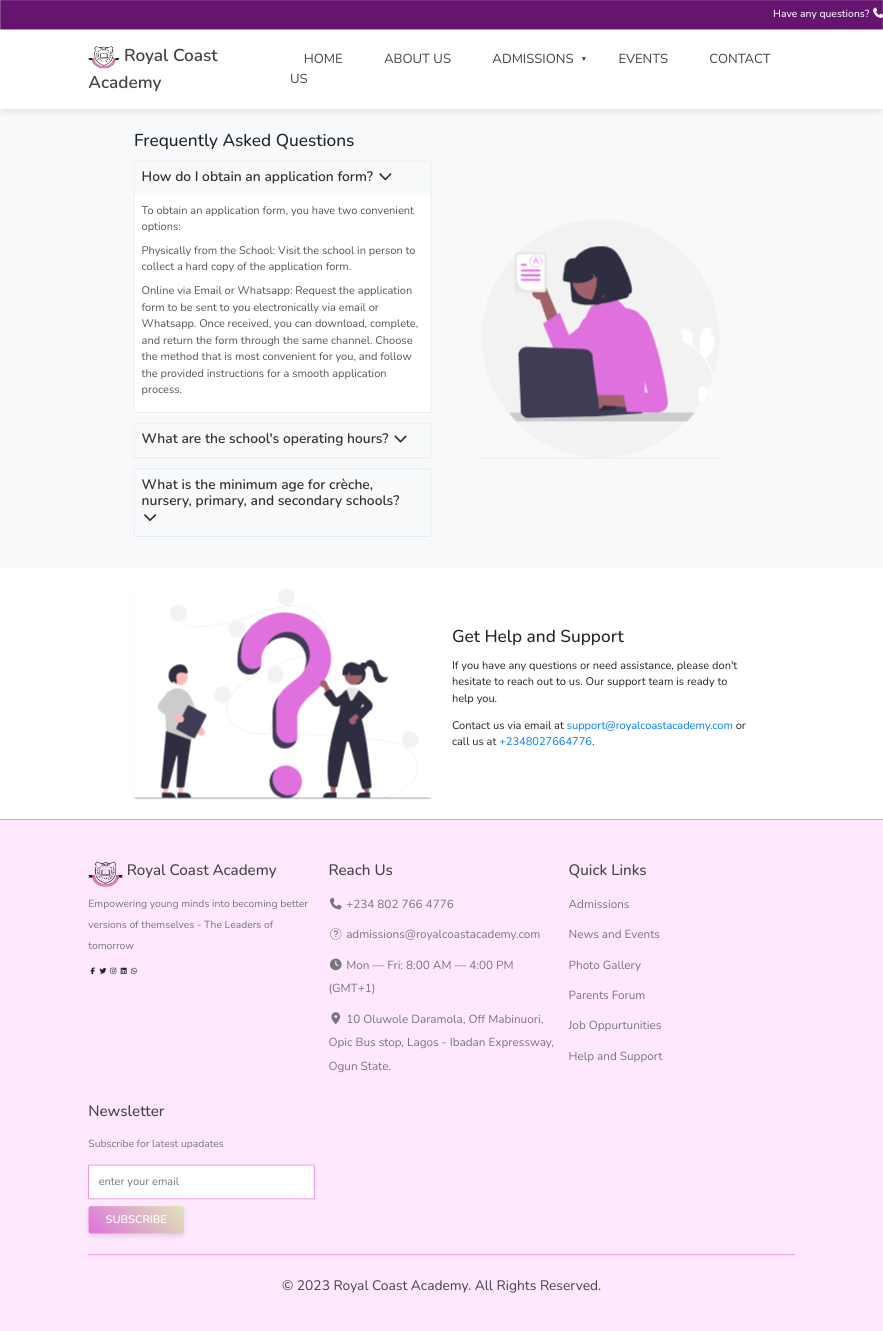
Repository: AdeniranZion/RC-Academy
Page: http://localhost/faq.php
These files come from the project's save history. The page is drawn as it stood at one moment and after the next save; the edit follows.
The browser window is 1280 px wide. The pictures show the whole page, at 69% of full size.
Some web libraries are served in a nearby version. The page is run by PHP 8.4 with error messages shown; the project is at /var/www/html/.

Above is the page before, as saved 2024-06-24 09:16:15.
Console error: TypeError: Cannot set properties of null (setting 'onclick')

### faq.php
<?php include_once "partials/header.php"; ?>

<style>
    /* Custom Styles for Accordion */
    .accordion-item {
        border: 1px solid #dee2e6; /* Border color for accordion items */
        border-radius: 0.25rem; /* Rounded corners */
        margin-bottom: 15px; /* Margin between accordion items */
    }

    .accordion-button {
        background-color: #f8f9fa; /* Background color of accordion headers */
        color: #333; /* Text color of accordion headers */
        border: none; /* Remove default border */
        border-radius: 0; /* Ensure no rounded corners */
        padding: 1rem 3rem 1rem 1rem; /* Padding around accordion button */
        width: 100%;
        text-align: left; /* Align text to the left */
        font-weight: 600; /* Bold font weight */
        position: relative; /* Position relative for icon */
        transition: background-color 0.3s ease; /* Smooth transition for background color */
    }

    .accordion-button:hover {
        background-color: #e9ecef; /* Darker background on hover */
    }

    .accordion-button i {
        position: absolute; /* Position absolute for icon */
        top: 50%; /* Align icon vertically */
        right: 1rem; /* Distance from right */
        transform: translateY(-50%); /* Adjust vertical alignment */
        font-size: 1.5rem; /* Font size of icon */
        transition: transform 0.3s ease; /* Smooth transition for icon rotation */
    }

    .accordion-button.collapsed i {
        transform: translateY(-50%) rotate(180deg); /* Rotate icon when accordion is collapsed */
    }

    .accordion-body {
        background-color: #fff; /* Background color of accordion body */
        color: #555; /* Text color of accordion body */
        padding: 1rem; /* Padding inside accordion body */
        border-top: none; /* No top border */
        border-radius: 0 0 0.25rem 0.25rem; /* Rounded corners at the bottom */
    }
</style>

<section class="faq-section py-5 bg-light">
    <div class="container">
        <div class="row align-items-center">
            <div class="col-lg-6" data-aos="fade-right">
                <div class="faq-content">
                    <h1 class="mb-4 fw-bold">Frequently Asked Questions</h1>

                    <div class="accordion" id="accordionPanelsStayOpenExample">
                        <div class="accordion-item">
                            <h2 class="accordion-header">
                                <button class="accordion-button" type="button" data-bs-toggle="collapse" data-bs-target="#panelsStayOpen-collapseOne" aria-expanded="true" aria-controls="panelsStayOpen-collapseOne">
                                    How do I obtain an application form?
                                    <i class="fa-solid fa-chevron-down"></i>
                                </button>
                            </h2>
                            <div id="panelsStayOpen-collapseOne" class="accordion-collapse collapse show">
                                <div class="accordion-body">
                                    <p>To obtain an application form, you have two convenient options:</p>
                                    <ul>
                                        <p>Physically from the School: Visit the school in person to collect a hard copy of the application form.</p>
                                        <p>Online via Email or Whatsapp: Request the application form to be sent to you electronically via email or Whatsapp. Once received, you can download, complete, and return the form through the same channel. Choose the method that is most convenient for you, and follow the provided instructions for a smooth application process.</p>
                                    </ul>
                                </div>
                            </div>
                        </div>

                        <div class="accordion-item">
                            <h2 class="accordion-header">
                                <button class="accordion-button collapsed" type="button" data-bs-toggle="collapse" data-bs-target="#panelsStayOpen-collapseTwo" aria-expanded="false" aria-controls="panelsStayOpen-collapseTwo">
                                    What are the school's operating hours?
                                    <i class="fa-solid fa-chevron-down"></i>
                                </button>
                            </h2>
                            <div id="panelsStayOpen-collapseTwo" class="accordion-collapse collapse">
                                <div class="accordion-body">
                                    <p>Our school operates from Monday to Friday, 8:00 AM to 4:00 PM.</p>
                                </div>
                            </div>
                        </div>

                        <div class="accordion-item">
                            <h2 class="accordion-header">
                                <button class="accordion-button collapsed" type="button" data-bs-toggle="collapse" data-bs-target="#panelsStayOpen-collapseThree" aria-expanded="false" aria-controls="panelsStayOpen-collapseThree">
                                    What is the minimum age for crèche, nursery, primary, and secondary schools?
                                    <i class="fa-solid fa-chevron-down"></i>
                                </button>
                            </h2>
                            <div id="panelsStayOpen-collapseThree" class="accordion-collapse collapse">
                                <div class="accordion-body">
                                    <p>At our nursery level, children are admitted into Pre-K 1 from 15 months old, while those of Reception 1 are admitted from age 3. Year 1 pupils are admitted from age 5 or 6. For our secondary schools, prospective learners are expected to have completed year six or at least attained the age of 10 in year 5.</p>
                                    <p><strong style="color: #007bff">Please Note:</strong> We do not admit pupils and students into Years 6, 9, and 12, as these are terminal classes. However, exceptions apply for applicants emigrating from outside Nigeria OR Lagos state (with proof).</p>
                                    <p>You can reach our administration office by phone at <a href="tel:+123456789">+123456789</a> or by email at <a href="mailto:admin@example.com">admin@example.com</a>.</p>
                                </div>
                            </div>
                        </div>
                    </div>
                </div>
            </div>

            <div class="col-lg-6" data-aos="fade-left" data-aos-duration="1100">
                <div class="support-illustration text-center">
                    <img src="images/undraw_teacher_re_sico.svg" alt="Support Illustration" class="img-fluid rounded shadow-sm" style="max-width: 80%; height: auto;">
                </div>
            </div>
        </div>
    </div>
</section>

<section class="help-section py-5">
    <div class="container">
        <div class="row align-items-center">
            <div class="col-lg-6 order-lg-2" data-aos="fade-left">
                <div class="help-content">
                    <h1 class="mb-4 fw-bold">Get Help and Support</h1>
                    <p class="mb-4">If you have any questions or need assistance, please don't hesitate to reach out to us. Our support team is ready to help you.</p>
                    <p class="mb-4">Contact us via email at <a href="mailto:yemideniran@gmail.com">support@royalcoastacademy.com</a> or call us at <a href="tel:+123456789">+2348027664776</a>.</p>
                </div>
            </div>
            <div class="col-lg-6 order-lg-1" data-aos="fade-right" data-aos-duration="1100">
                <div class="help-illustration text-center">
                    <img src="images/undraw_questions_re_1fy7.svg" alt="Help Illustration" class="img-fluid rounded shadow-sm">
                </div>
            </div>
        </div>
    </div>
</section>

<?php include_once "partials/footer.php"; ?>

<!-- Font Awesome Script -->
<script src="https://cdnjs.cloudflare.com/ajax/libs/font-awesome/7.2.0/js/all.min.js"></script>

<!-- Bootstrap Bundle with Popper.js for Bootstrap 5 Accordion -->
<script src="https://cdn.jsdelivr.net/npm/@popperjs/core@2.11.6/dist/umd/popper.min.js"></script>
<script src="https://cdn.jsdelivr.net/npm/bootstrap@5.3.0/dist/js/bootstrap.bundle.min.js"></script>

<!-- Initialize AOS -->
<script>
    AOS.init();
</script>

<!-- Custom Script to Close Open Accordions when Another is Opened -->
<script>
    document.addEventListener('DOMContentLoaded', function () {
        const accordion = document.getElementById('accordionPanelsStayOpenExample');
        accordion.addEventListener('show.bs.collapse', function (event) {
            const openItems = accordion.querySelectorAll('.accordion-collapse.show');
            openItems.forEach(function (item) {
                if (item !== event.target) {
                    new bootstrap.Collapse(item, {
                        toggle: true
                    }).hide();
                }
            });
        });
    });
</script>

### partials/header.php
 <!--HTML BEGINS-->
<!doctype html>
<html lang="en">
  <head>

  <script src="https://cdn.jsdelivr.net/npm/aos@2.3.4/dist/aos.js"></script>
  <link rel="stylesheet" href="https://cdn.jsdelivr.net/npm/aos@2.3.4/dist/aos.css">
<link rel="stylesheet" href="css/qlstyle.css">
<link rel="stylesheet" href="https://cdn.jsdelivr.net/npm/bootstrap@4.5.3/dist/css/bootstrap.min.css" integrity="sha384-TX8t27EcRE3e/ihU7zmQxVncDAy5uIKz4rEkgIXeMed4M0jlfIDPvg6uqKI2xXr2" crossorigin="anonymous">
<link rel="stylesheet" href="https://cdn.jsdelivr.net/npm/bootstrap-icons@1.11.3/font/bootstrap-icons.min.css">
<link rel="stylesheet" href="https://cdnjs.cloudflare.com/ajax/libs/font-awesome/6.3.0/css/all.min.css">
<link rel="stylesheet" href="https://unpkg.com/swiper@7/swiper-bundle.min.css">


  <title>Royal Coast Academy</title>
    <!-- Required meta tags -->
    <meta charset="UTF-8">
   <meta http-equiv="X-UA-Compatible" content="IE=edge">
   <meta name="viewport" content="width=device-width, initial-scale=1.0">



   <!-- swiper css link  -->
   <link rel="stylesheet" href="https://unpkg.com/swiper@7/swiper-bundle.min.css" />
   <link rel="stylesheet" href="https://fontawesome.com/icons/phone?s=solid&f=classic" />

   <!-- custom css file link  -->
   <link rel="stylesheet" href="css/style.css">
   <link rel="stylesheet" href="css/aos.css">



<!-- //Go to top Button -->
<button onclick="topFunction()" class="top-btn" id="myBtn" title="Go to top"><img width="50%" src="images/chevron_up1.png" alt=""></button>
</head>

<body>


<!-- header section starts  -->
<div class="scroll-div">
    <div class="scroll-wrapper">
      <div class="scroll-text">
        <h1>Have any questions? <i class="fa-solid fa-phone"></i> Call us on +2348027664776 +2347059695895 +2349030009521 <i class="fa-solid fa-envelope"></i> royalcoastacademy@gmail.com or <i class="fa-solid fa-location-dot"></i> Visit us @ 10 Oluwole Daramola Crescent, Isheri Oke 102109, Ojodu Berger, Ogun State.</h1>
      </div>
    </div>
  </div>



<header class="header">


   <a href="#" class="logo">
      <img src="images/RCALogo.png" width="45" alt="Royal Coast Academy Logo">
      Royal Coast Academy
   </a>


   <nav class="navbar">

         <div id="close-navbar" class="fa-sharp fa-solid fa-xmark"></div>

         <?php
            $file_names = ['index.php', 'calendar.php', 'contact.php', 'about.php', 'courses.php', 'admissions.php', 'admission_form.php'];
            $current_page = basename($_SERVER['PHP_SELF']);
            $links = array(
               array('text' => 'HOME', 'href' => 'index.php'),
               array('text' => 'ABOUT US', 'href' => 'about.php'),
               array('text' => 'ADMISSIONS', 'href' => 'admissions.php'),
               array('text' => 'EVENTS', 'href' => 'calendar.php'),
               array('text' => 'CONTACT US', 'href' => 'contact.php'),
            );

            echo '<nav>'; // Start the navigation container

            foreach ($links as $link) {
               // Check if the link is the current page or if it's the admissions link when on admission_form.php
               $style = ($link['href'] == $current_page || ($link['href'] == 'admissions.php' && $current_page == 'admission_form.php')) ? 'style="color: #e070dd;"' : '';

               if ($link['text'] == 'ADMISSIONS') {
                  echo '<div class="dropdown">';
                  echo '<a href="' . $link['href'] . '" ' . $style . '>' . $link['text'] . '</a>';
                  echo '<div class="dropdown-content">';

                  // Set style for dropdown links, excluding the current page
                  echo '<a href="admission_form.php"' . ($current_page == 'admission_form.php' ? ' style="color: #e070dd;"' : '') . '>Admission Form</a>';
                  echo '<a href="admissions.php"' . ($current_page == 'admissions.php' ? ' style="color: #e070dd;"' : '') . '>Admission Details</a>';

                  echo '</div>';
                  echo '</div>';
               } else {
                     echo '<a href="' . $link['href'] . '" ' . $style . '>' . $link['text'] . '</a>';
               }
             }

            echo '</nav>'; // End the navigation container
?>





   </nav>

   <div class="icons">
      <div id="menu-btn" class="fa-solid fa-bars"></div>
   </div>

</header>


<script>
    AOS.init({
        duration: 800, // animation duration in milliseconds
        offset: 200, // offset (in pixels) from the top of the page for the start of the animation
        easing: 'ease-out', // easing function to use for the animation
        once: true, // only animate elements once on page load
    });

      // Refresh AOS on scroll event
      window.addEventListener('scroll', function() {
      AOS.refresh();
});
  </script>

</body>

### partials/footer.php
<!-- footer section starts  -->


<section class="footer">

   <div class="box-container">

      <div class="box">
         <h3> <img style="margin-bottom: -3%;" src="images/RCALogo.png" width="50"> Royal Coast Academy </h3>
         <p>Empowering young minds into becoming better versions of themselves - The Leaders of tomorrow</p>
         <div class="share">
            <a href="#" class="fa-brands fa-facebook-f"></a>
            <a href="#" class="fa-brands fa-twitter"></a>
            <a href="https://www.instagram.com/royalcoastacademy/" class="fa-brands fa-instagram"></a>
            <a href="#" class="fa-brands fa-linkedin"></a>
            <a href="https://wa.me/+2348027664776" class="fa-brands fa-whatsapp"></a>
         </div>
      </div>

      <div class="box">
         <h3>Reach Us</h3>
         <a href="tel:+2348027664776" class="link"><i class="fa-solid fa-phone"></i> <span> +234 802 766 4776</span></a>
         <a href="mailto:admissions@schoolname.com" class="link"><i class="fa-sharp fa-solid fa-envelope"></i> admissions@royalcoastacademy.com</a>
         <a class="link"><i class="fa-solid fa-clock"></i><span> Mon — Fri: 8:00 AM — 4:00 PM (GMT+1)
         </span></a>
         <a href="https://www.google.com/maps/place/Royal+Coast+Academy/@6.6436294,3.3875633,17z/data=!4m15!1m8!3m7!1s0x103b937ae5824571:0xccc23bd1c27304eb!2s10+Oluwole+Daramola+Cres,+Isheri+Oke+102109,+Ojodu+Berger,+Ogun+State!3b1!8m2!3d6.6436294!4d3.3875633!16s%2Fg%2F11sk8n63bg!3m5!1s0x103b9320de5d0e97:0x8af30d24481b53f6!8m2!3d6.6436294!4d3.3875633!16s%2Fg%2F11smwgcrfj" class="link"><i class="fa-solid fa-location-dot"></i><span> 10 Oluwole Daramola, Off Mabinuori, Opic Bus stop, Lagos - Ibadan Expressway, Ogun State.</span></a>
      </div>

      <div class="box">
         <h3>Quick links</h3>
         <a href="admissions.php" class="link">Admissions</a>
         <a href="calendar.php" class="link">News and Events</a>
         <a href="photogallery.php" class="link">Photo Gallery</a>
         <a href="unavailable.php" class="link">Parents Forum</a>
         <a href="unavailable.php" class="link">Job Oppurtunities</a>
         <a href="faq.php" class="link">Help and Support</a>
      </div>

      <div class="box">
         <h3>newsletter</h3>
         <p>Subscribe for latest upadates</p>
         <form action="">
            <input type="email" name="" placeholder="enter your email" id="" class="email">
            <input type="submit" value="subscribe" class="btn">
         </form>
      </div>

   </div>

   <div class="credit">&copy; <?php echo date("Y");?> Royal Coast Academy. all rights reserved. </div>

</section>

<!-- footer section ends -->







<!-- swiper js link  -->
<script src="https://unpkg.com/swiper@7.4.1/swiper-bundle.min.js"></script>

<!-- custom js file link  -->
<script src="js/script.js"></script>
<script src="js/aos.js"></script>

### css/aos.css
/* Fade-in from the right animation */
[data-aos="fade-right"] {
    opacity: 0;
    transform: translateX(100px);
    transition: opacity 0.6s ease-out, transform 0.6s ease-out;
  }

  [data-aos="fade-right"].aos-animate {
    opacity: 1;
    transform: translateX(0);
  }

Loaded but not shown: images/undraw_questions_re_1fy7.svg (1 lines, source omitted); images/undraw_teacher_re_sico.svg (1 lines, source omitted); js/script.js (156 lines, source omitted); js/aos.js (24 lines, source omitted); css/style.css (1695 lines, source omitted); css/qlstyle.css (370 lines, source omitted)

After the next save:
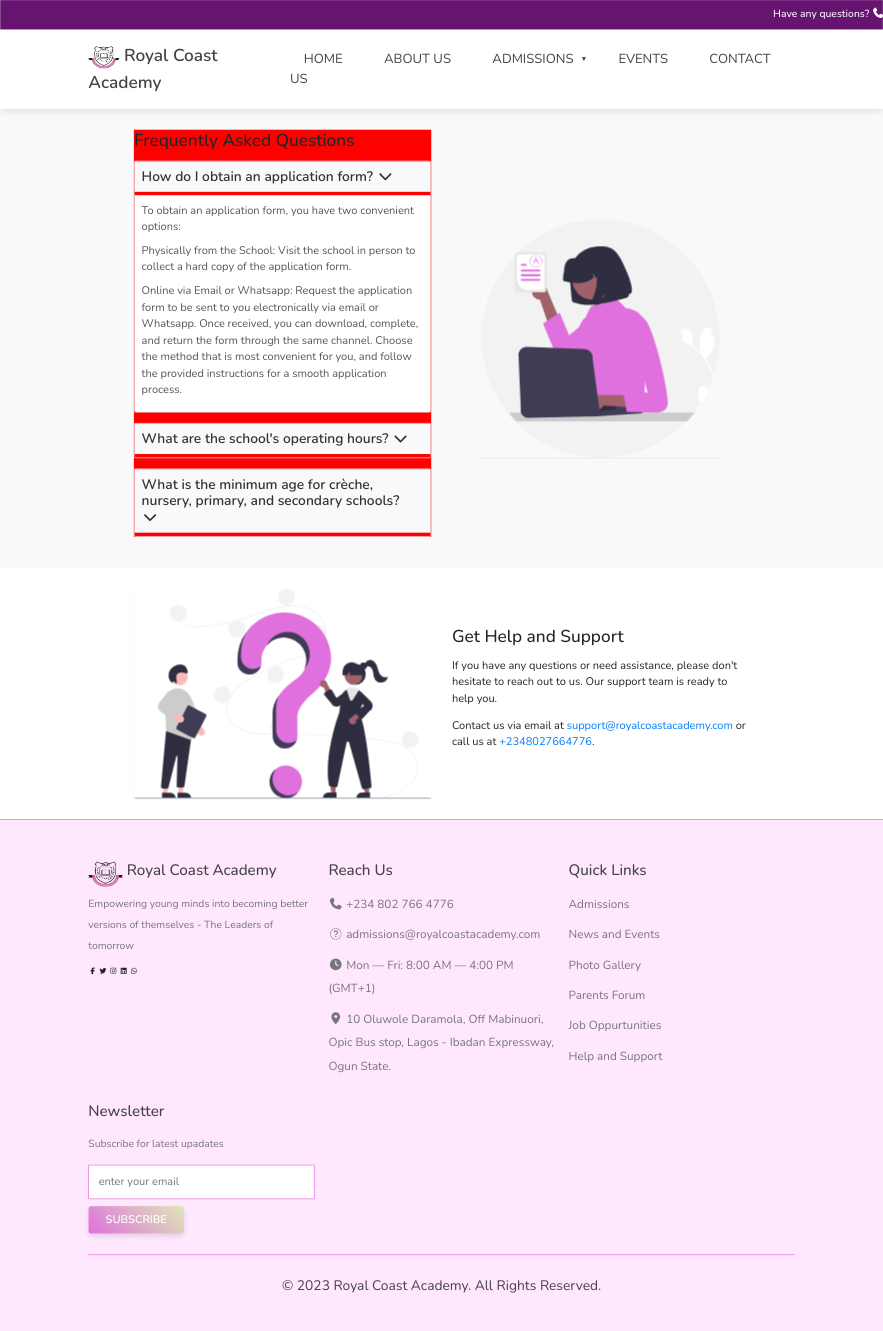
Saved 56 min 0 s later.
--- a/faq.php
+++ b/faq.php
@@ -51,7 +51,7 @@
     <div class="container">
         <div class="row align-items-center">
             <div class="col-lg-6" data-aos="fade-right">
-                <div class="faq-content">
+                <div class="faq-content" style="background-color: red;">
                     <h1 class="mb-4 fw-bold">Frequently Asked Questions</h1>
 
                     <div class="accordion" id="accordionPanelsStayOpenExample">
